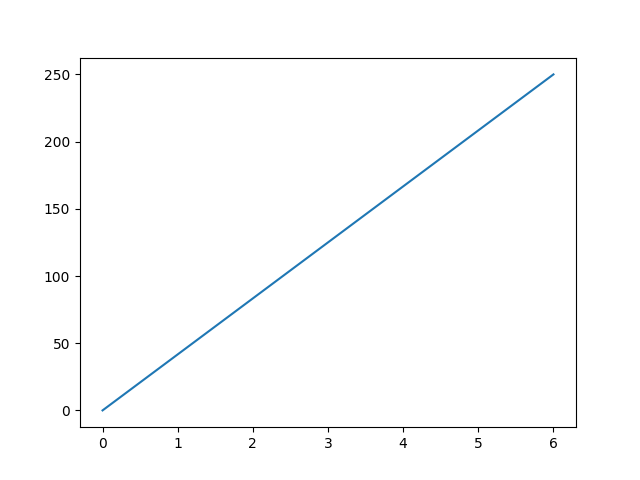
Repository: medenitunc/August-25-leanrning-Pyhton
Script's output: python Day02_05_Dv2.py
An editor plug-in stored every save of this project. The script's output is shown before and after the next save, followed by the edit.
Random numbers start from a fixed seed.

Above is the script's output before, as saved 2025-11-27 09:32:18.

### Day02_05_Dv2.py
import matplotlib.pyplot as plt
import numpy as np


# numpy - numerical python - library for numerical calculations

xval = np.array([0,6])
yval = np.array([0,250])

plt.plot(xval, yval)
plt.show()

After the next save:
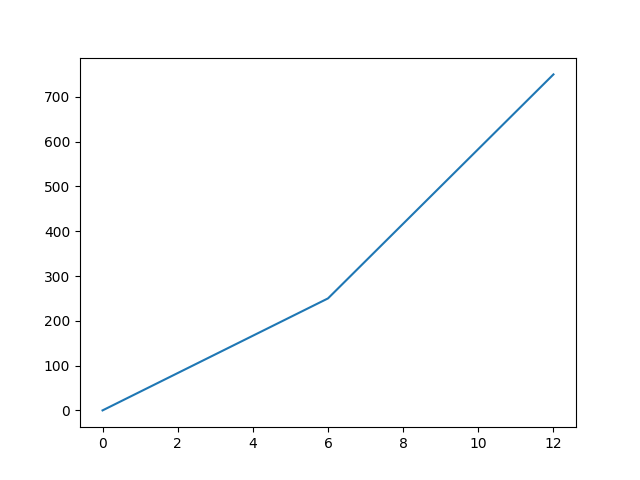
Saved 36 s later.
--- a/Day02_05_Dv2.py
+++ b/Day02_05_Dv2.py
@@ -4,8 +4,8 @@ import numpy as np
 
 # numpy - numerical python - library for numerical calculations
 
-xval = np.array([0,6])
-yval = np.array([0,250])
+xval = np.array([0,6,12])
+yval = np.array([0,250, 750])
 
 plt.plot(xval, yval)
 plt.show()
